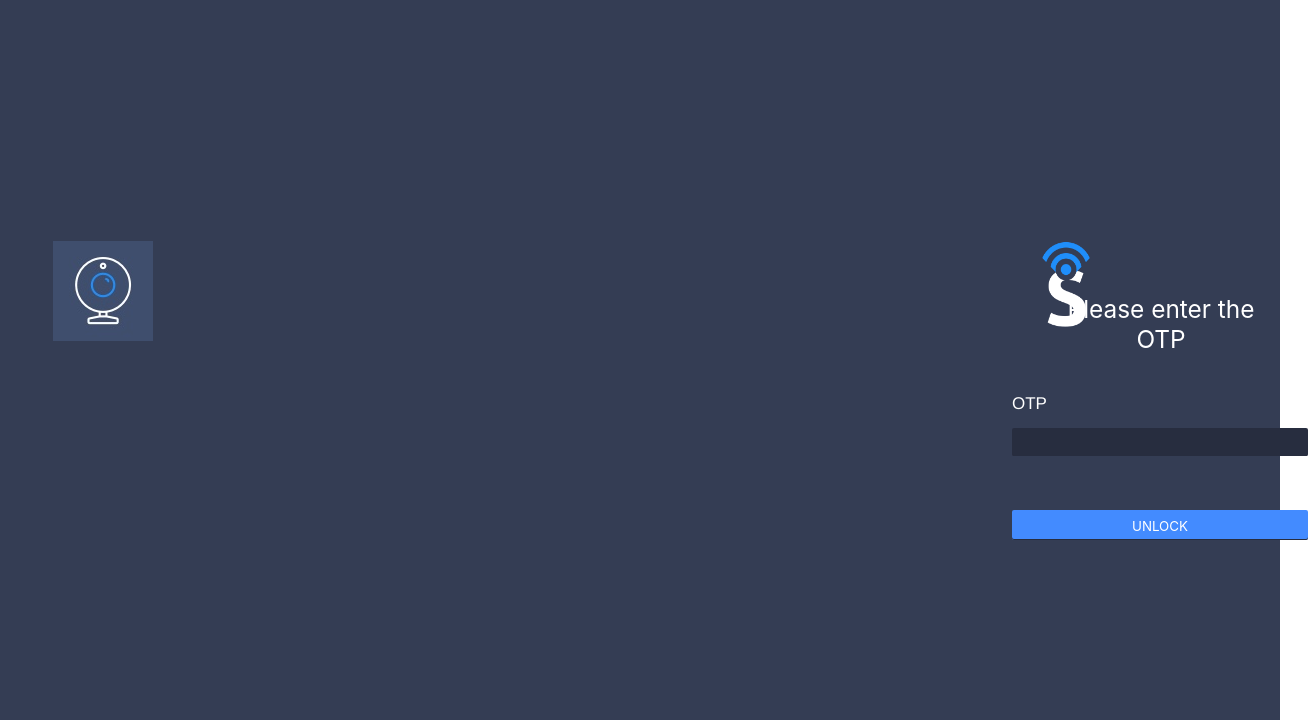
Repository: aba450/smart-door
Page: / (app in S3/smart-door-visitor/)
An editor plug-in stored every save of this project. The page is shown before and after the next save, followed by the edit.
The browser window is 1280 px wide. The page is 1308 px wide, so the pictures cover 1308 px, including what lies to the right of the window. The pictures show the whole page.
The project was rebuilt for these pictures with package versions that can differ from the ones it lists, and the page was loaded fresh each time.

Above is the page before, as saved 2020-03-17 20:41:02.

### S3/smart-door-visitor/src/App.js
import React from 'react';
import './App.css';
import Camera_ON from './Camera_ON.jpg'
import SLogo from './SLogo.png'

function App() {



  return (
    <div className="App">
      <img src={Camera_ON} className="Camera-logo"/>
      <img src={SLogo} className="S-logo"/>
      <label className="text-label">Please enter the OTP</label>
       <label className="otp-label">OTP</label>
        <input type="text" className="otp-input"></input>
        <button className="unlock-button">UNLOCK</button>
    </div>
  );
}

export default App;

### S3/smart-door-visitor/src/App.css
.App {
  text-align: center;
  background-color: #343d54;
  min-height: 100vh;
  display: flex;
  flex-direction: column;
  font-size: calc(10px + 2vmin);
  color: white;
}

.Camera-logo {
  position: absolute;
  height: 100px;
  width: 100px;
  left: 53px;
  top: 241px;
}

.S-logo {
  position: absolute;
  height: 86px;
  width: 48px;
  left: 1042px;
  top: 241px;
}

.text-label {
  position: absolute;
  left:1042px;
  top:294px;
}

.otp-label {
  position: absolute;
  font-family:Helvetica;
  font-size:17px;
  color:#ffffff;
  letter-spacing:0;
  text-align:left;
  left:1012px;
  top:394px;
}

.otp-input {
  color:#1f8efa;
  background-color: #272d3f;
  letter-spacing:0;
  text-align:left;
  position: absolute;
  left:1012px;
  top:428px;
}

.unlock-button {
  position: absolute;
  background-color: #438bff;
  left:1012px;
  top:510px;
}

input {
    -webkit-appearance: none;
    appearance: none;
    margin: auto;
    max-width: 280px;
    border-radius: 2px;
    border: 0;
    overflow: hidden;
    width: 100%;
    font-family:-apple-system, BlinkMacSystemFont, 'Segoe UI', Roboto, Oxygen, Ubuntu, Cantarell, 'Open Sans', 'Helvetica Neue', sans-serif;
    padding: 8px 8px 8px 8px;
    height: 12px;
    font-size: 16px;
    font-weight: 400;
    box-shadow: inset 0 -1px 0  #272d3f;
    transition: all .15s ease;
}

button {
  height: 30px;
  max-width: 296px;
  margin: auto;
  width: 100%;
  color: white;
  font-family:-apple-system, BlinkMacSystemFont, 'Segoe UI', Roboto, Oxygen, Ubuntu, Cantarell, 'Open Sans', 'Helvetica Neue', sans-serif;
  border-radius: 2px;
  border: 0;
  padding: 8px 8px 8px 8px;
  box-shadow: inset 0 -1px 0  #272d3f;
    transition: all .15s ease;
}

Loaded but not shown: S3/smart-door-visitor/public/index.html (common file); S3/smart-door-visitor/src/index.js (common file); S3/smart-door-visitor/src/index.css (common file); S3/smart-door-visitor/src/serviceWorker.js (common file)

After the next save:
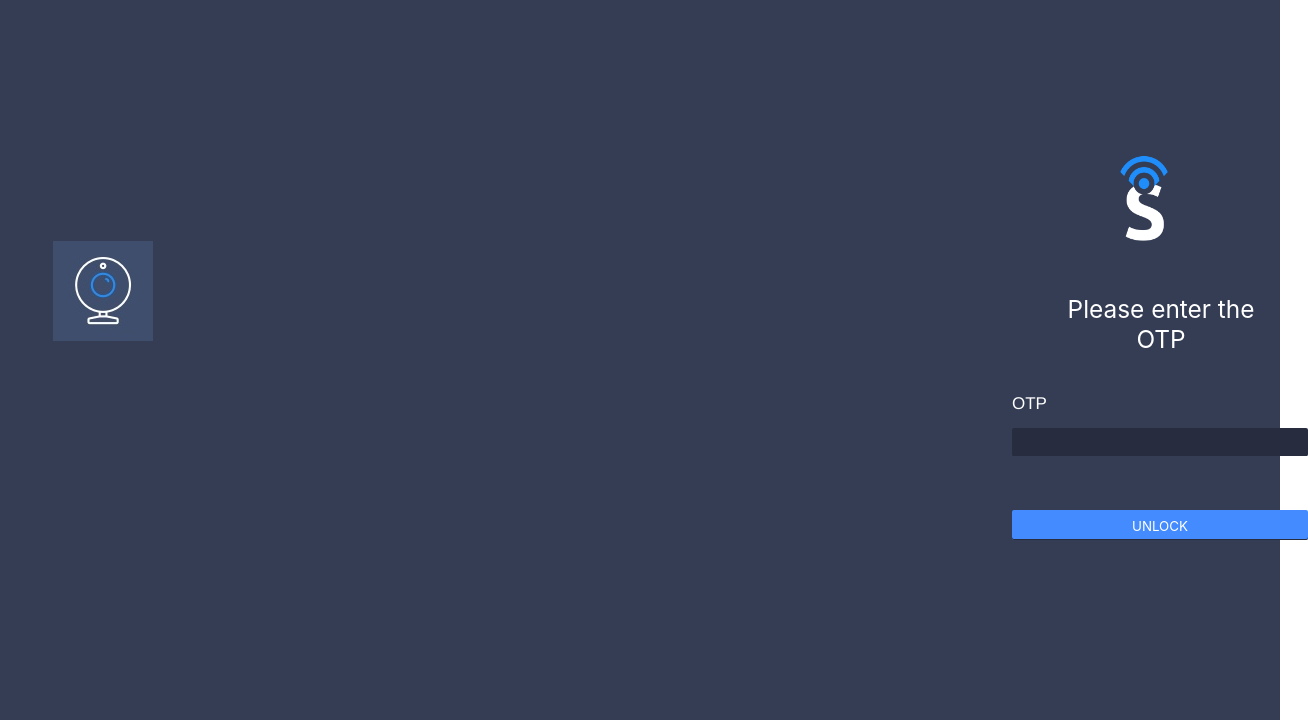
Saved 47 s later.
--- a/S3/smart-door-visitor/src/App.css
+++ b/S3/smart-door-visitor/src/App.css
@@ -20,8 +20,8 @@
   position: absolute;
   height: 86px;
   width: 48px;
-  left: 1042px;
-  top: 241px;
+  left: 1120px;
+  top: 155px;
 }
 
 .text-label {
